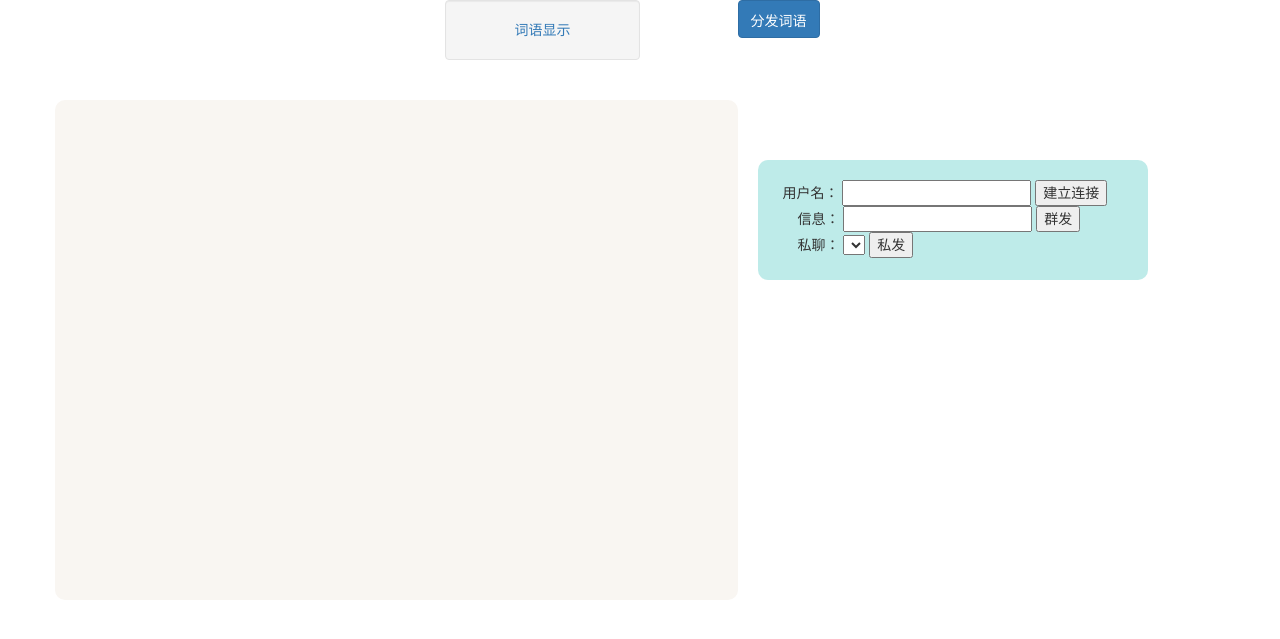
Repository: eheihaha2/whoisthespy-
Page: webDemo/WebContent/room.html
The author's editor kept a copy of each file at every save. The page is drawn from the files as they stood at one save, then again after the next save.
The browser window is 1280 px wide. The pictures show the whole page.

Above is the page before, as saved 2020-02-26 04:57:12.

### webDemo/WebContent/room.html
<!DOCTYPE html>
<html>
<head>
	<script type="text/javascript" src="js/jquery-1.11.0.min.js"></script>
<script type="text/javascript" src="js/bootstrap.js"></script>
<link rel="stylesheet" href="css/bootstrap.css">
<style type="text/css">
	.show{
			margin-right:0;
			background-color:#f9f6f2;
			height: 500px;
			margin-top:20px;
			border-radius: 10px;
		}
		.mss{
			padding:20px 20px 40px 40px;
			background-color:#beebe9;
			height:120px;
			margin-left:20px;;
			margin-top:80px;
			border-radius: 10px;
		}
		.wordsBtn{
			position:relative;
			padding-top:10px;
		}
}
</style>
	<title></title>
</head>
<body>
	<div class="container">
	<div class="row">
		<div class="well text-center text-primary col-md-2 	col-sm-2 col-md-offset-4">词语显示</div>
		<button class="btn wordsBtn btn-primary col-md-offset-1">分发词语</button><br />
	</div>
		<div class="row">
			<div class="col-md-7 col-sm-7 show">
				<div class="info">
				<span class="name"></span>
				<span class="msg"></span>
				</div>
				<div class="userinfo"></div>
     		</div>
     		<div class="col-md-4 col-sm-4 mss">
     			<div class="row">
				<span>用户名：</span>
      			<input type="text" name="username"/>
     			<button id="connBtn">建立连接</button><br />
     			</div>
			<span>信息：</span>
     		<input type="text" name="info"/>
      		<button id="subBtnAll">群发</button><br />
			<span>私聊：</span>
     		<select id="userList">
			</select>
			<button id="subBtn">私发</button>
			</div>
		</div>
	</div>
</body>
<script type="text/javascript">
	var ws=null;
	var username=null;
	var url="ws://localhost:8080/webDemo/chatRoom/";
		// 后续的消息添加都是用其做二次克隆
      	var info = $(".info").clone();
		//点击建立连接的按钮
      	$("#connBtn").on("click",function(){
      		if("WebSocket" in window){
      			username = $("input[name='username']").val();
      			ws = new WebSocket(url+username);
      			//有了webSocket连接对象之后，我就开始监听消息
      			//服务器端的所有消息都会来到这
      			ws.onmessage = function(evt){
      				var received_msg = evt.data;
      				var jsonReceive_msg = JSON.parse(received_msg);
      				var head = jsonReceive_msg.head;//获得服务器数据，解析数据获得数据类型
      				var data =jsonReceive_msg.data;//真正的data所在
      				switch (head) {
      					case "sendAll":
      					sendAll(data);
      						break;
      					case "sendTo":
      					sendTo(data);
      						break;
      					case "onLine":
      					onLine(data);
      						break;
      					case "userList":
      					userList(data);
      						break;
      					default:
      						break;
      				}
      			}
      		}else{
      			alert("您的浏览器不支持 WebSocket!");
      		}
      	})

      	//细节定义每种功能的数据接口
      	//构建JSON格式发送给服务器：{from:来自谁,msg:消息本身}
      	function sendAll(data){
      		var infoDiv = info.clone();//这个就是我要渲染的dom节点
      		//用于把从服务器端获得的JSON字符串的data解析为原生JS值
      		//var jsonData=JSON.parse(data);
      		infoDiv.find(".name").text("来自于："+data.from+"(群发)");
      		infoDiv.find(".msg").text(data.msg);
      		$(".info").parent().append(infoDiv);
      	}
      	// 构建JSON格式发送给服务器：{from:来自谁,msg:消息本身}
      	function sendTo(data){
      		var infoDiv = info.clone();//这个就是我要渲染的dom节点
      		infoDiv.find(".name").text("来自于："+data.from+"(私发)");
      		infoDiv.find(".msg").text(data.msg);
      		$(".info").parent().append(infoDiv);
      	}
      	// 构建JSON格式发送给服务器：{name:上线人姓名}
      	function onLine(data){
      	//$(".userinfo").empty();
      	console.log(data);
      	$(".userinfo").append("<p>"+"【"+data.name+"上线了】"+"</p>");
      	}
      	// 构建JSON格式发送给服务器：[用户1,用户2]
      	function userList(data){
      		$("#userList").empty();
      		var jsonData=JSON.parse(data);
      		$("#userList").append("<option>请选择</option>");
      		$.each(jsonData,function(index,item){
      			$("#userList").append("<option value="+item+">"+item+"</option>");
      		})
      	}

      	//点击群发按钮
      	$("#subBtnAll").on("click",function(){
      		//var sentName = $("input[name='username']").val();
      		var msg = $("input[name='info']").val();
      		console.log(msg);
      		var jsonMsg={
      			"head":"sendAll",
      			"data":msg
      			//"from":sentName,
      			//"msg":msg
      		}
      		console.log(jsonMsg);
      		//var subAllEnd =JSON.stringify(jsonMsg);
      		ws.send(JSON.stringify(jsonMsg));
      	})
      	//点击私发按钮
      	$("#subBtn").on("click",function(){
      		var msg=$("input[name=info]").val();
      		var toUser=$("#userList").val();
      		console.log(toUser);
      		var jsonMsg={
      			"head":"sendTo",
      			"data":{
      				"to":toUser,
      				"msg":msg
      			}
      		}
      		console.log(jsonMsg);
      		ws.send(JSON.stringify(jsonMsg));
      	})
</script>
</html>

Loaded but not shown: webDemo/WebContent/js/jquery-1.11.0.min.js (library); webDemo/WebContent/js/bootstrap.js (library); webDemo/WebContent/css/bootstrap.css (library)

After the next save:
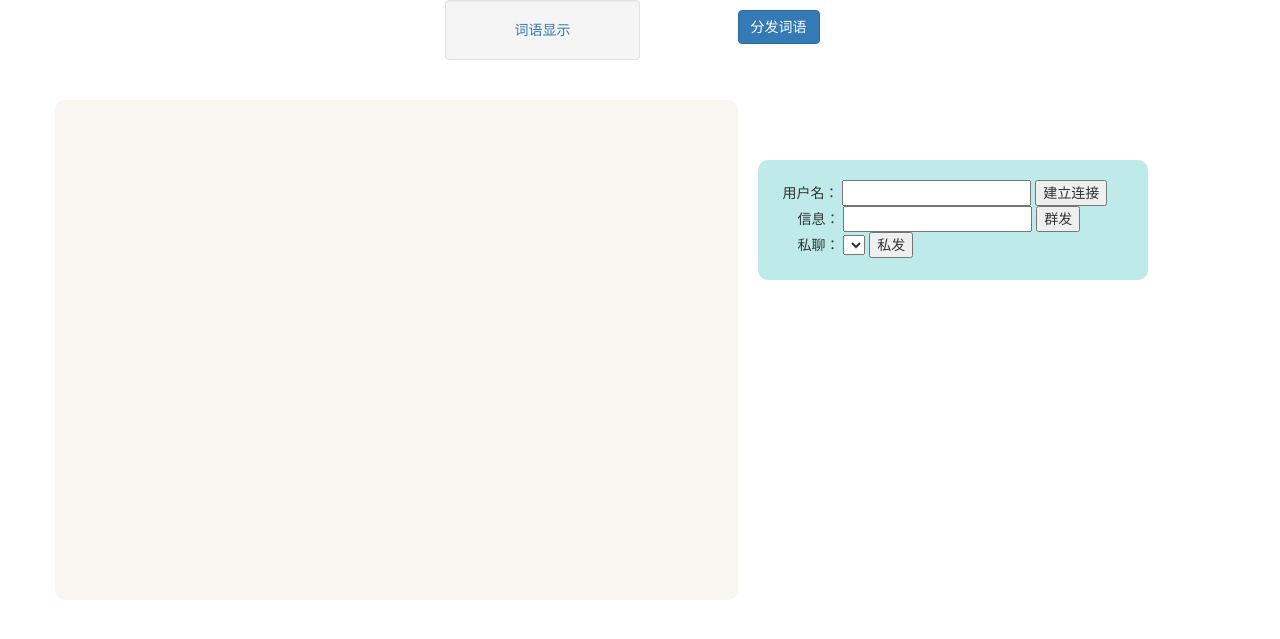
Saved 11 s later.
--- a/webDemo/WebContent/room.html
+++ b/webDemo/WebContent/room.html
@@ -22,7 +22,7 @@
 		}
 		.wordsBtn{
 			position:relative;
-			padding-top:10px;
+			top:10px;
 		}
 }
 </style>
